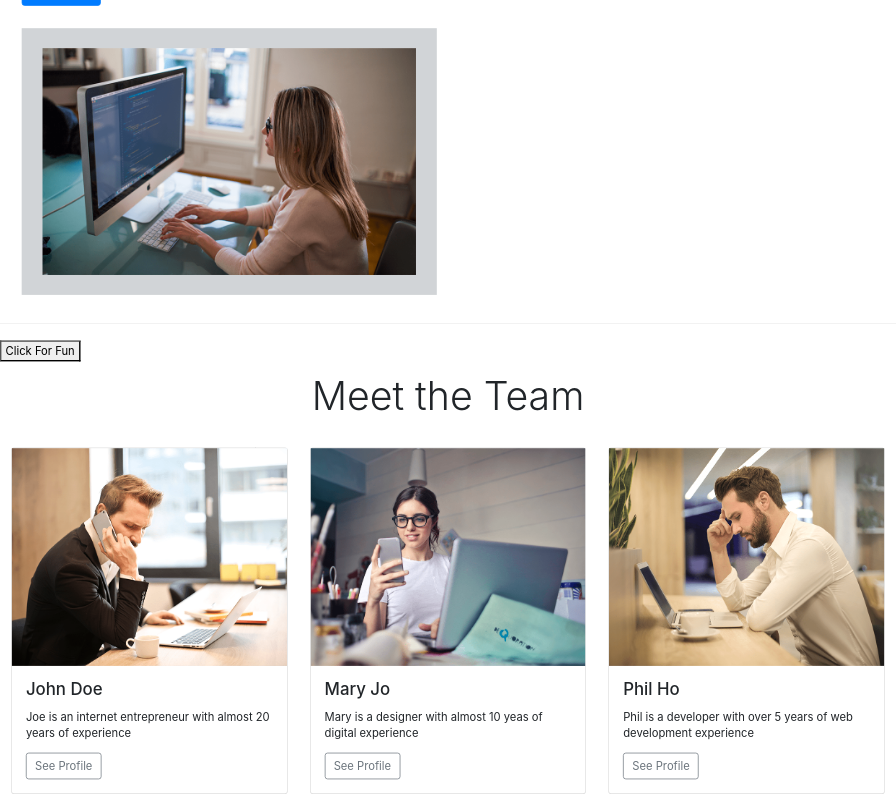
Repository: rkyankya/Bootstrap-1
Page: index.html
The author's editor kept a copy of each file at every save. The page is drawn from the files as they stood at one save, then again after the next save.
The browser window is 1280 px wide. The pictures show the part of the page from y = 1686 to 3606 px (the page is 2836 px tall before and 3606 px after), at 70% of full size.
Some web libraries are served in a nearby version.

Above is the page before, as saved 2019-12-16 20:34:45.

After the next save:
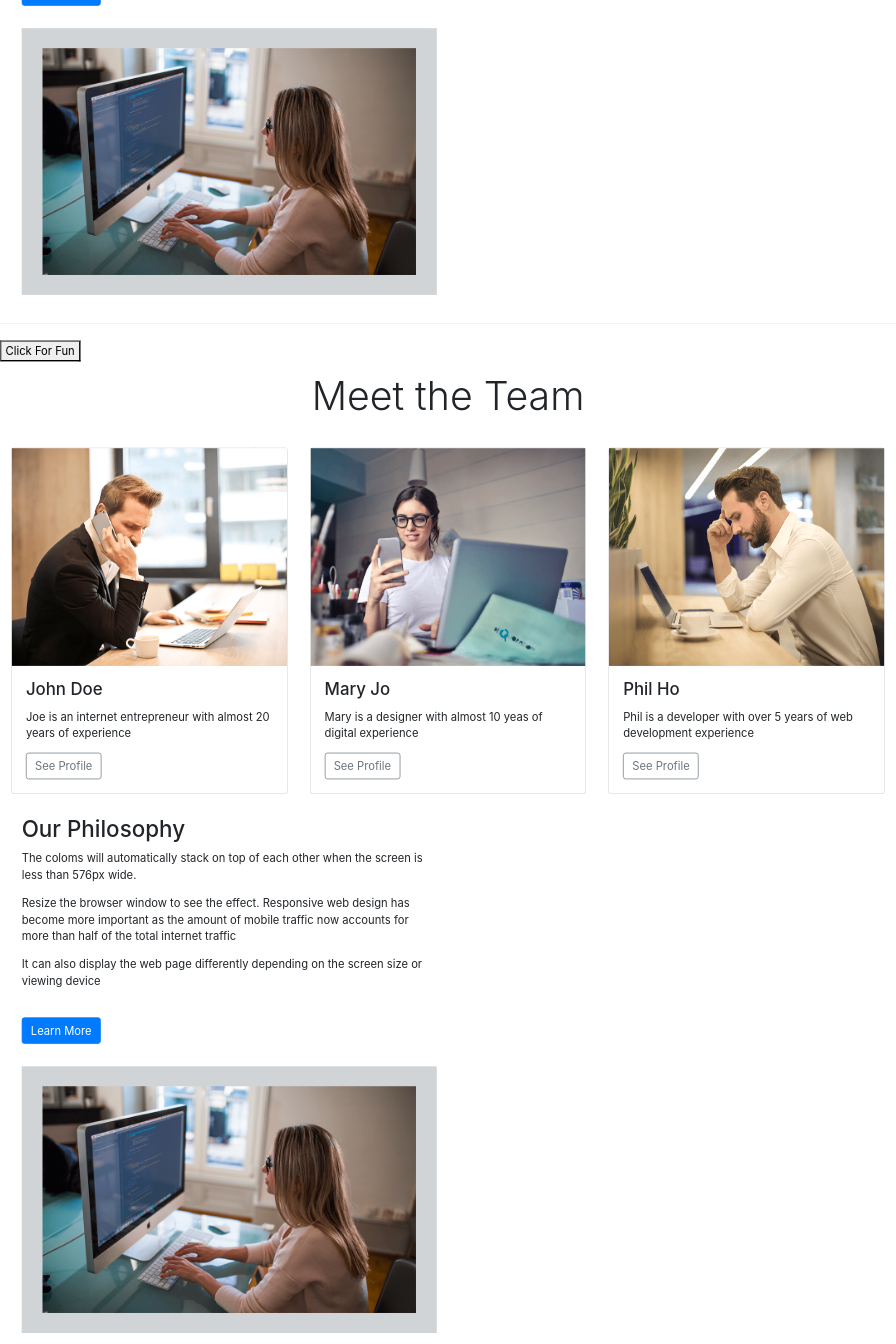
Saved 2 min 19 s later.
--- a/index.html
+++ b/index.html
@@ -221,10 +221,27 @@
 
 
     <!--- Two Column Section -->
-    <div class="container-" <!--- Connect -->
-
-
-        <!--- Footer -->
+    <div class="container-fluid padding">
+        <div class="row-padding">
+            <div class="col-md-12 col-lg-6">
+                <h2>Our Philosophy</h2>
+                <p>The coloms will automatically stack on top of each other when the screen is less than 576px wide.</p>
+                <p>Resize the browser window to see the effect. Responsive web design has become more important as the amount of mobile traffic now accounts for more than half of the total internet traffic</p>
+                <p>It can also display the web page differently depending on the screen size or viewing device</p>
+                <br>
+                <a href="#" class="btn btn-primary">Learn More</a>
+            </div>
+            <div class="col-lg-6">
+                <img src="img/desk.png" class="img-fluid" alt="#">
+            </div>
+        </div>
+    </div>
+
+
+    <!--- Connect -->
+
+
+    <!--- Footer -->
 
 
 
